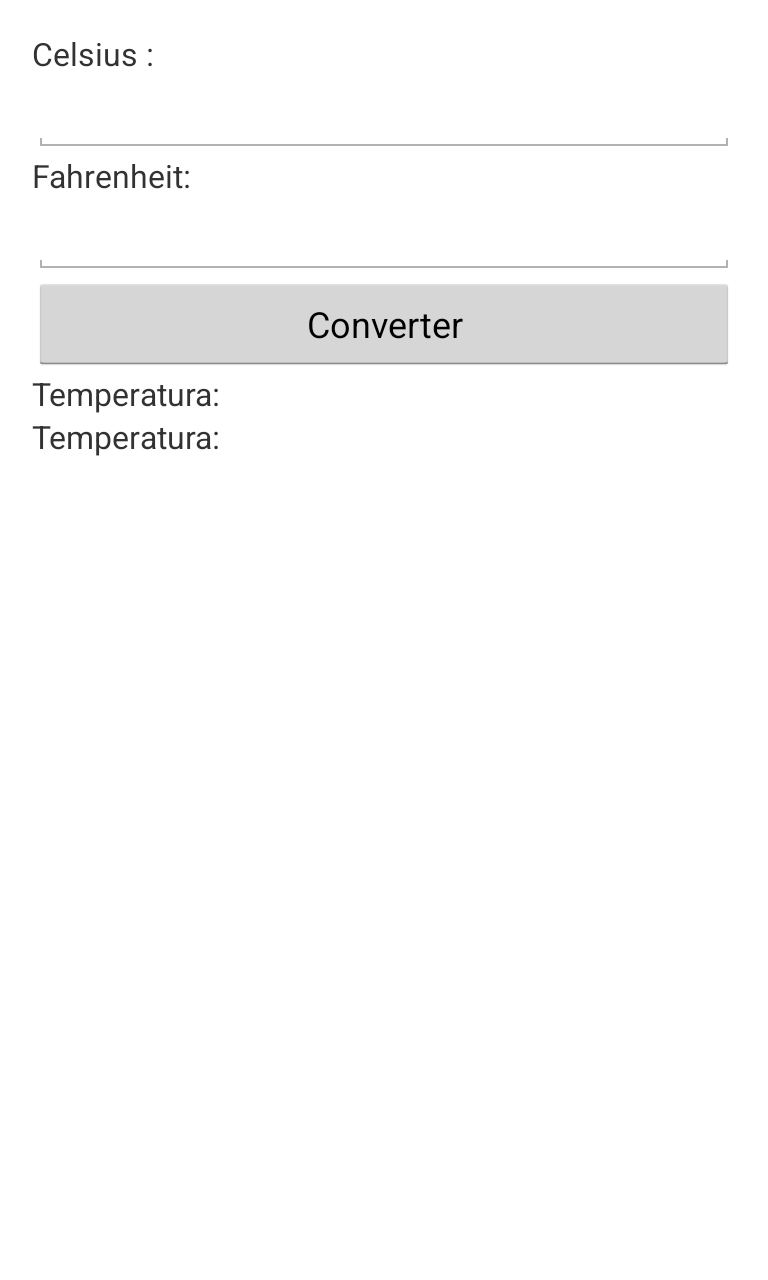
Repository: erickluz/Android
Layout: CelsiusToFahrenheit/res/layout/activity_main.xml
The author's editor kept a copy of each file at every save. The layout is drawn from the files as they stood at one save, then again after the next save.
It is drawn on a 768 x 1280 px phone screen (xhdpi) without system bars, with theme AppTheme; the app's code is not run.

Above is the layout before, as saved 2016-03-15 00:17:08.

After the next save:
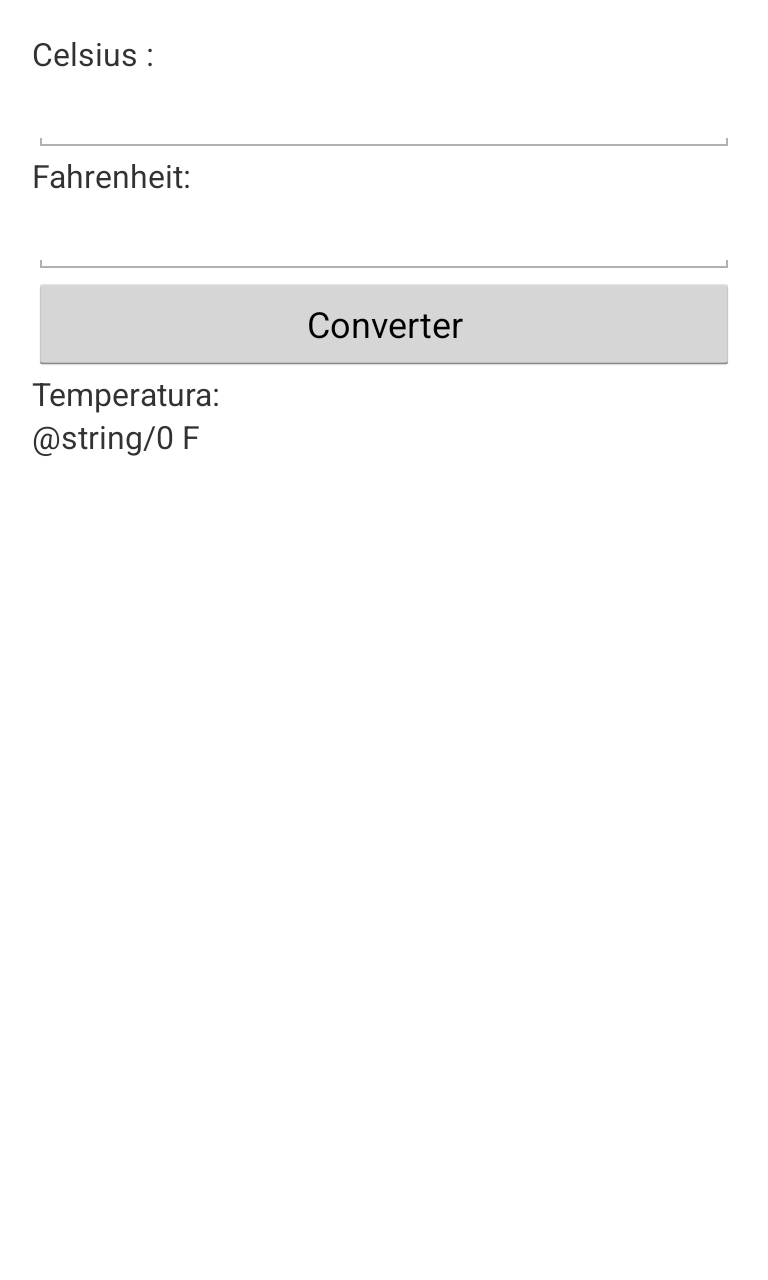
Saved 18 s later.
--- a/CelsiusToFahrenheit/res/layout/activity_main.xml
+++ b/CelsiusToFahrenheit/res/layout/activity_main.xml
@@ -53,7 +53,7 @@
         android:layout_width="wrap_content"
         android:layout_height="wrap_content"
         android:textSize="16sp"
-        android:text="@string/temperatura" />
+        android:text="@string/0 F" />
 
 
 
